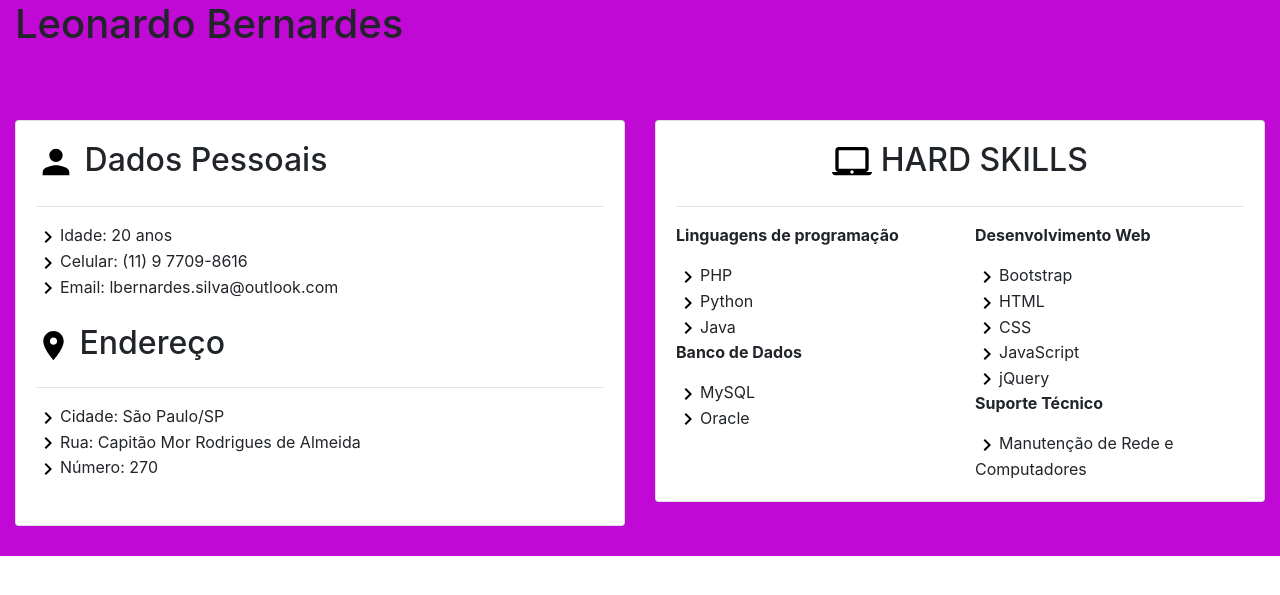
Repository: MeuAmor/meuamor.github.io
Page: index.html
The author's editor kept a copy of each file at every save. The page is drawn from the files as they stood at one save, then again after the next save.
The browser window is 1280 px wide. The pictures show the whole page.

Above is the page before, as saved 2019-08-19 23:16:34.

### index.html
<!DOCTYPE html>
<html lang="pt">
<head>
  <title>2 ANOS</title>
  <meta charset="utf-8">
  <meta name="viewport" content="width=device-width, initial-scale=1">
  <link rel="stylesheet" href="assets/css/bootstrap4.1/bootstrap.min.css">
  <script src="assets/js/jquery.3.3.1.min.js"></script>
  <script src="assets/js/bootstrap4.1/popper.min.js"></script>
	<script src="assets/js/bootstrap4.1/bootstrap.min.js"></script>
	<!-- <style>
			hr {
				margin-top: 1rem;
				margin-bottom: 1rem;
				border: 5;
				border-top: 1px solid rgba(0, 0, 0, 0.1);
			}
		</style> -->
</head>
<body class="container-fluid">


	<div class="row" style="background:#c109d6">
		<div class="col-md-6 ">
			<h1>Leonardo Bernardes</h1>
		</div>
		<div class="col-md-6 " id="redes_sociais">
			<!-- <a style="margin:10px;" class="btn btn-info btn-xs float-right" href="http://www.linkedin.com/in/leonardo-bernardes-da-silva-a8869b132">
				<svg xmlns="http://www.w3.org/2000/svg" width="24" height="24" viewBox="0 0 24 24" fill="none" stroke="currentColor" stroke-width="2" stroke-linecap="round" stroke-linejoin="round" class="feather feather-linkedin">
					<path d="M16 8a6 6 0 0 1 6 6v7h-4v-7a2 2 0 0 0-2-2 2 2 0 0 0-2 2v7h-4v-7a6 6 0 0 1 6-6z"></path><rect x="2" y="9" width="4" height="12"></rect>
					<circle cx="4" cy="4" r="2"></circle></svg>	LinkedIn</a>
				<a style="margin:10px;" class="btn btn-primary btn-xs float-right" href="http://www.facebook.com/lezinho.bernardes">
					<svg xmlns="http://www.w3.org/2000/svg" width="24" height="24" viewBox="0 0 24 24" fill="none" stroke="currentColor" stroke-width="2" stroke-linecap="round" stroke-linejoin="round" class="feather feather-facebook">
						<path d="M18 2h-3a5 5 0 0 0-5 5v3H7v4h3v8h4v-8h3l1-4h-4V7a1 1 0 0 1 1-1h3z"></path>
					</svg>
					LinkedIn
				</a>  -->
		</div>


</div>
<div class="row" style="background:#c109d6;min-height: 500px;">

	<!-- <hr> -->
	<!-- <p style="margin: 10px;">
		<a class="btn btn-dark" data-toggle="collapse" href="#multiCollapseExample1" role="button" aria-expanded="false" aria-controls="multiCollapseExample1">Toggle first element</a>
		<button class="btn btn-dark" type="button" data-toggle="collapse" data-target="#multiCollapseExample2" aria-expanded="false" aria-controls="multiCollapseExample2">Toggle second element</button>
		<button class="btn btn-dark" type="button" data-toggle="collapse" data-target=".multi-collapse" aria-expanded="false" aria-controls="multiCollapseExample1 multiCollapseExample2">Toggle both elements</button> -->
	<!-- </p> -->


	<div class="col-md-6" style="margin-top: 5%;">
		<div class="card card-body">
				<h2> <svg xmlns="http://www.w3.org/2000/svg" width="40" height="40" viewBox="0 0 24 24"><path d="M12 12c2.21 0 4-1.79 4-4s-1.79-4-4-4-4 1.79-4 4 1.79 4 4 4zm0 2c-2.67 0-8 1.34-8 4v2h16v-2c0-2.66-5.33-4-8-4z"/><path d="M0 0h24v24H0z" fill="none"/></svg> Dados Pessoais</h2>
				<hr>
					<div>

						<svg xmlns="http://www.w3.org/2000/svg" width="24" height="24" viewBox="0 0 24 24">
							<path d="M8.59 16.59L13.17 12 8.59 7.41 10 6l6 6-6 6-1.41-1.41z"/>
							<path fill="none" d="M0 0h24v24H0V0z"/>
						</svg>Idade: 20 anos<br>
						<svg xmlns="http://www.w3.org/2000/svg" width="24" height="24" viewBox="0 0 24 24">
							<path d="M8.59 16.59L13.17 12 8.59 7.41 10 6l6 6-6 6-1.41-1.41z"/>
							<path fill="none" d="M0 0h24v24H0V0z"/>
						</svg>Celular: (11) 9 7709-8616<br>
						<svg xmlns="http://www.w3.org/2000/svg" width="24" height="24" viewBox="0 0 24 24">
							<path d="M8.59 16.59L13.17 12 8.59 7.41 10 6l6 6-6 6-1.41-1.41z"/>
							<path fill="none" d="M0 0h24v24H0V0z"/>
						</svg>Email: lbernardes.silva@outlook.com<br><br>
					</div>

				<h2> <svg xmlns="http://www.w3.org/2000/svg" width="35" height="35" viewBox="0 0 24 24"><path d="M12 2C8.13 2 5 5.13 5 9c0 5.25 7 13 7 13s7-7.75 7-13c0-3.87-3.13-7-7-7zm0 9.5c-1.38 0-2.5-1.12-2.5-2.5s1.12-2.5 2.5-2.5 2.5 1.12 2.5 2.5-1.12 2.5-2.5 2.5z"/><path d="M0 0h24v24H0z" fill="none"/></svg> Endereço</h2>
				<hr>
				<div>
					<svg xmlns="http://www.w3.org/2000/svg" width="24" height="24" viewBox="0 0 24 24">
						<path d="M8.59 16.59L13.17 12 8.59 7.41 10 6l6 6-6 6-1.41-1.41z"/>
						<path fill="none" d="M0 0h24v24H0V0z"/>
					</svg>Cidade: São Paulo/SP<br>
					<svg xmlns="http://www.w3.org/2000/svg" width="24" height="24" viewBox="0 0 24 24">
						<path d="M8.59 16.59L13.17 12 8.59 7.41 10 6l6 6-6 6-1.41-1.41z"/>
						<path fill="none" d="M0 0h24v24H0V0z"/>
					</svg>Rua: Capitão Mor Rodrigues de Almeida<br>
					<svg xmlns="http://www.w3.org/2000/svg" width="24" height="24" viewBox="0 0 24 24">
						<path d="M8.59 16.59L13.17 12 8.59 7.41 10 6l6 6-6 6-1.41-1.41z"/>
						<path fill="none" d="M0 0h24v24H0V0z"/>
					</svg>Número: 270<br><br>
				</div>
		</div>
	</div>
	<div class="col-md-6" style="margin-top: 5%;">
		<div class="card card-body">
			<h2 style="text-align:center;"><svg xmlns="http://www.w3.org/2000/svg" width="40" height="40" viewBox="0 0 24 24"><path d="M0 0h24v24H0z" fill="none"/><path d="M20 18c1.1 0 1.99-.9 1.99-2L22 5c0-1.1-.9-2-2-2H4c-1.1 0-2 .9-2 2v11c0 1.1.9 2 2 2H0c0 1.1.9 2 2 2h20c1.1 0 2-.9 2-2h-4zM4 5h16v11H4V5zm8 14c-.55 0-1-.45-1-1s.45-1 1-1 1 .45 1 1-.45 1-1 1z"/></svg> HARD SKILLS  </h2>
			<hr>
				<div class="row">

					<div class="col-md-6">

						<p><b>Linguagens de programação</b></p>
						<div>
							<svg xmlns="http://www.w3.org/2000/svg" width="24" height="24" viewBox="0 0 24 24">
								<path d="M8.59 16.59L13.17 12 8.59 7.41 10 6l6 6-6 6-1.41-1.41z"/>
								<path fill="none" d="M0 0h24v24H0V0z"/>
							</svg>PHP<br>
							<svg xmlns="http://www.w3.org/2000/svg" width="24" height="24" viewBox="0 0 24 24">
								<path d="M8.59 16.59L13.17 12 8.59 7.41 10 6l6 6-6 6-1.41-1.41z"/>
								<path fill="none" d="M0 0h24v24H0V0z"/>
							</svg>Python<br>
							<svg xmlns="http://www.w3.org/2000/svg" width="24" height="24" viewBox="0 0 24 24">
								<path d="M8.59 16.59L13.17 12 8.59 7.41 10 6l6 6-6 6-1.41-1.41z"/>
								<path fill="none" d="M0 0h24v24H0V0z"/>
							</svg>Java<br>
						</div>
						<p><b>Banco de Dados</b></p>
						<div>
							<svg xmlns="http://www.w3.org/2000/svg" width="24" height="24" viewBox="0 0 24 24">
								<path d="M8.59 16.59L13.17 12 8.59 7.41 10 6l6 6-6 6-1.41-1.41z"/>
								<path fill="none" d="M0 0h24v24H0V0z"/>
							</svg>MySQL<br>
							<svg xmlns="http://www.w3.org/2000/svg" width="24" height="24" viewBox="0 0 24 24">
								<path d="M8.59 16.59L13.17 12 8.59 7.41 10 6l6 6-6 6-1.41-1.41z"/>
								<path fill="none" d="M0 0h24v24H0V0z"/>
							</svg>Oracle<br>
						</div>

					</div>
					<div class="col-md-6">
							<p><b>Desenvolvimento Web</b></p>
						<div>
							<svg xmlns="http://www.w3.org/2000/svg" width="24" height="24" viewBox="0 0 24 24">
								<path d="M8.59 16.59L13.17 12 8.59 7.41 10 6l6 6-6 6-1.41-1.41z"/>
								<path fill="none" d="M0 0h24v24H0V0z"/>
							</svg>Bootstrap<br>
							<svg xmlns="http://www.w3.org/2000/svg" width="24" height="24" viewBox="0 0 24 24">
								<path d="M8.59 16.59L13.17 12 8.59 7.41 10 6l6 6-6 6-1.41-1.41z"/>
								<path fill="none" d="M0 0h24v24H0V0z"/>
							</svg>HTML<br>
							<svg xmlns="http://www.w3.org/2000/svg" width="24" height="24" viewBox="0 0 24 24">
								<path d="M8.59 16.59L13.17 12 8.59 7.41 10 6l6 6-6 6-1.41-1.41z"/>
								<path fill="none" d="M0 0h24v24H0V0z"/>
							</svg>CSS<br>
							<svg xmlns="http://www.w3.org/2000/svg" width="24" height="24" viewBox="0 0 24 24">
								<path d="M8.59 16.59L13.17 12 8.59 7.41 10 6l6 6-6 6-1.41-1.41z"/>
								<path fill="none" d="M0 0h24v24H0V0z"/>
							</svg>JavaScript<br>
							<svg xmlns="http://www.w3.org/2000/svg" width="24" height="24" viewBox="0 0 24 24">
								<path d="M8.59 16.59L13.17 12 8.59 7.41 10 6l6 6-6 6-1.41-1.41z"/>
								<path fill="none" d="M0 0h24v24H0V0z"/>
							</svg>jQuery<br>
						</div>

						<p><b>Suporte Técnico</b></p>
						<div>
								<svg xmlns="http://www.w3.org/2000/svg" width="24" height="24" viewBox="0 0 24 24">
									<path d="M8.59 16.59L13.17 12 8.59 7.41 10 6l6 6-6 6-1.41-1.41z"/>
									<path fill="none" d="M0 0h24v24H0V0z"/>
								</svg>Manutenção de Rede e Computadores<br>
							</div>
					</div>

				</div>
			</div>

	</div>

</div>
</body>
</html>

Loaded but not shown: assets/css/bootstrap4.1/bootstrap.min.css (library); assets/js/jquery.3.3.1.min.js (library); assets/js/bootstrap4.1/popper.min.js (library); assets/js/bootstrap4.1/bootstrap.min.js (library)

After the next save:
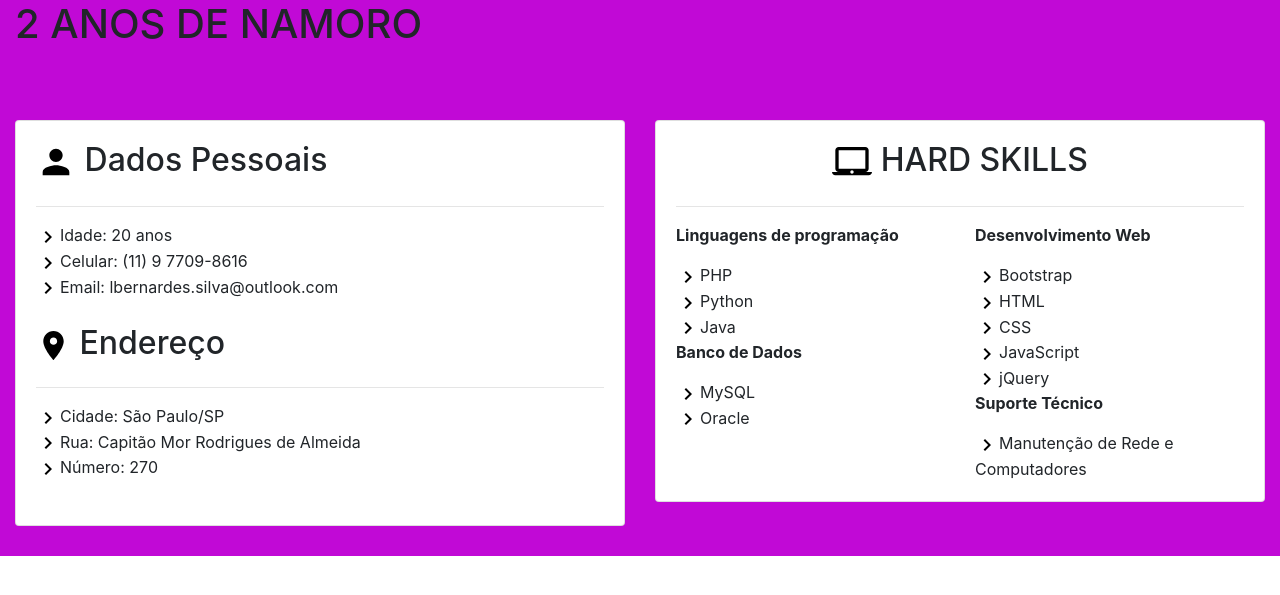
Saved 19 s later.
--- a/index.html
+++ b/index.html
@@ -22,7 +22,7 @@
 
 	<div class="row" style="background:#c109d6">
 		<div class="col-md-6 ">
-			<h1>Leonardo Bernardes</h1>
+			<h1>2 ANOS DE NAMORO</h1>
 		</div>
 		<div class="col-md-6 " id="redes_sociais">
 			<!-- <a style="margin:10px;" class="btn btn-info btn-xs float-right" href="http://www.linkedin.com/in/leonardo-bernardes-da-silva-a8869b132">
